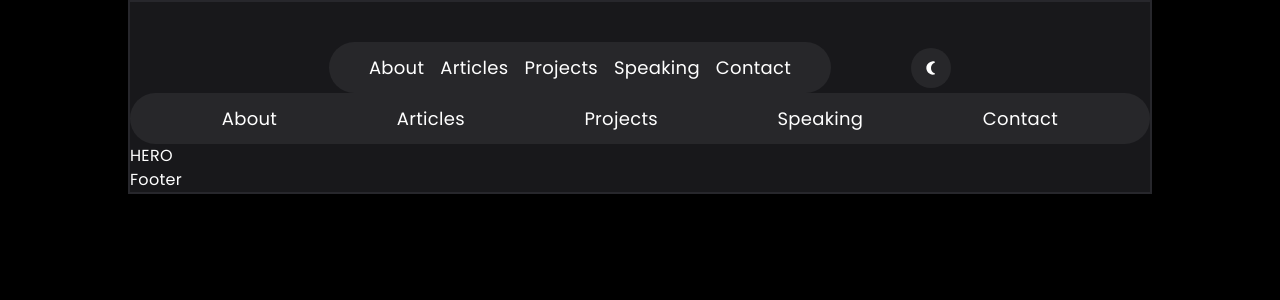
Repository: Wafaabahgat/Portfolio
Page: /
An editor plug-in stored every save of this project. The page is shown before and after a run of saves, followed by the edit.
The browser window is 1280 px wide. The pictures show the whole page.
The project was rebuilt for these pictures with package versions that can differ from the ones it lists, and the page was loaded fresh each time. Also part of the build but not shown: vite.config.ts, src/App.css, src/ErrorPage.tsx.

Above is the page before, as saved 2023-12-08 01:22:34.

### index.html
<!DOCTYPE html>
<html lang="en">
  <head>
    <meta charset="UTF-8" />
    <link rel="icon" type="image/svg+xml" href="/vite.svg" />
    <meta name="viewport" content="width=device-width, initial-scale=1.0" />
    <link rel="preconnect" href="https://fonts.googleapis.com" />
    <link rel="preconnect" href="https://fonts.gstatic.com" crossorigin />
    <link
      href="https://fonts.googleapis.com/css2?family=Poppins:wght@200;300;400;500;600;700;800&display=swap"
      rel="stylesheet"
    />
    <title>My Portfilio</title>
  </head>
  <body>
    <div id="root"></div>
    <script type="module" src="/src/main.tsx"></script>
  </body>
</html>

### src/main.tsx
import { RouterProvider } from "react-router-dom";
import ReactDOM from "react-dom/client";
import "./index.css";
import router from "./App";

ReactDOM.createRoot(document.getElementById("root")!).render(
  <RouterProvider router={router} />
);

### src/index.css
@tailwind base;
@tailwind components;
@tailwind utilities;

* {
  font-family: "Poppins", sans-serif;
  letter-spacing: 0.3px;
}

:root {
  --primary: #000;
  --secondary: rgb(24 24 27);
  --border: rgb(63, 63, 70, 0.4);
}
.light {
  --primary: #fff;
}

body {
  background-color: var(--primary);
  color: #fff;
}

html {
  /* max-width: 2000px; */
  margin: 0;
  padding: 0;
}

.container {
  width: 80%;
  margin-left: auto;
  margin-right: auto;
  background-color: var(--secondary);
  border: 2px solid var(--border);
}
.line {
  border: 1px solid var(--border);
  margin: 1rem 0;
}

li {
  list-style: none;
}
a {
  text-decoration: none;
  transition: 0.3;
}

### src/App.tsx
import "./App.css";
import { createBrowserRouter } from "react-router-dom";
// import Root from "@pages/root";
import Root from "./pages/root";

import { Home } from "./pages/index";
import ErrorPage from "./ErrorPage";

const router = createBrowserRouter([
  {
    path: "/",
    element: <Root />,
    errorElement: <ErrorPage />,
    children: [
      {
        index: true,
        path: "/",
        element: <Home />,
      },
    ],
  },
]);

export default router;

### src/pages/root.tsx
import { Outlet } from "react-router-dom";
import Header from "../components/layouts/Header";
import Footer from "../components/layouts/Footer";

const Root = () => {
  return (
    <div className="container">
      <Header />
      <Outlet />
      <Footer />
    </div>
  );
};

export default Root;

### src/components/layouts/Header.tsx
import { FC, useState } from "react";
import { MdNightlightRound } from "react-icons/md";
import { SlMenu } from "react-icons/sl";

interface HeaderProps {}

const links = [
  {
    href: "/about",
    name: "about",
  },
  {
    href: "/articles",
    name: "articles",
  },
  {
    href: "/projects",
    name: "projects",
  },
  {
    href: "/speaking",
    name: "speaking",
  },
  {
    href: "/contact",
    name: "contact",
  },
];

const Header: FC<HeaderProps> = () => {
  const [showMenu, setShowMenu] = useState(false);

  return (
    <>
      <div className="mt-10 ">
        <div className="flex items-center justify-center gap-20">
          <nav className="">
            <ul className="md:flex hidden py-3 gap-4 px-10 bg-bg-header rounded-full ">
              {links?.map((e, i) => (
                <li
                  key={i}
                  className="capitalize md:text-[18px] text-[14px] mx-auto hover:text-main-light hover:text-[20px]"
                >
                  <a href={e?.href}>{e?.name}</a>
                </li>
              ))}
            </ul>
          </nav>
          <button
            onClick={() => {
              setShowMenu(true);
            }}
            className="flex md:hidden justify-center items-center bg-bg-header rounded-full w-[40px] h-[40px]"
          >
            <SlMenu className="" />
          </button>
          <div className="bg-bg-header rounded-full w-[40px] h-[40px] flex items-center justify-center">
            <MdNightlightRound />
          </div>
        </div>
        {showMenu}
        <div>
          <nav className="">
            <ul className="md:flex hidden py-3 gap-4 px-10 bg-bg-header rounded-full ">
              {links?.map((e, i) => (
                <li
                  key={i}
                  className="capitalize md:text-[18px] text-[14px] mx-auto hover:text-main-light hover:text-[20px]"
                >
                  <a href={e?.href}>{e?.name}</a>
                </li>
              ))}
            </ul>
          </nav>
        </div>
      </div>
    </>
  );
};

export default Header;

### src/components/layouts/Footer.tsx
import { FC } from "react";

interface FooterProps {}

const Footer: FC<FooterProps> = () => {
  return (
    <>
      <div>Footer</div>
    </>
  );
};

export default Footer;

### src/pages/Home.tsx
import { FC } from "react";
import Hero from "../components/home/Hero";

interface HomeProps {}

const Home: FC<HomeProps> = () => {
  return (
    <>
      <div className="">
        <Hero />
      </div>
    </>
  );
};

export default Home;

### src/components/home/Hero.tsx
import { FC } from "react";

interface HeroProps {}

const Hero: FC<HeroProps> = () => {
  return (
    <>
      <div>HERO</div>
    </>
  );
};

export default Hero;

### tailwind.config.js
/** @type {import('tailwindcss').Config} */
export default {
  content: ["./index.html", "./src/**/*.{js,ts,jsx,tsx}"],
  darkMode: "class",
  theme: {
    extend: {
      colors: {
        main: "#252466",
        "main-light": "#3873FF",
        "text-primary": "#000",
        "bg-header": "rgb(39, 39, 42)",

        // "sub-dark": "#252466",
        // "main-dark": "#41427D",
        // "text-color": "#FCFCFC",
        // "text-gray": "#667085",
        // "text-primary": "#9795B5",
      },
      // gridTemplateColumns: {
      //   prod: "repeat(auto-fit, minmax(130px, 1fr))",
      //   plog: "repeat(auto-fit, minmax(300px, 1fr))",
      // },
    },
  },
  plugins: [],
};

Loaded but not shown: src/pages/index.ts (common file)

After the next 4 saves:
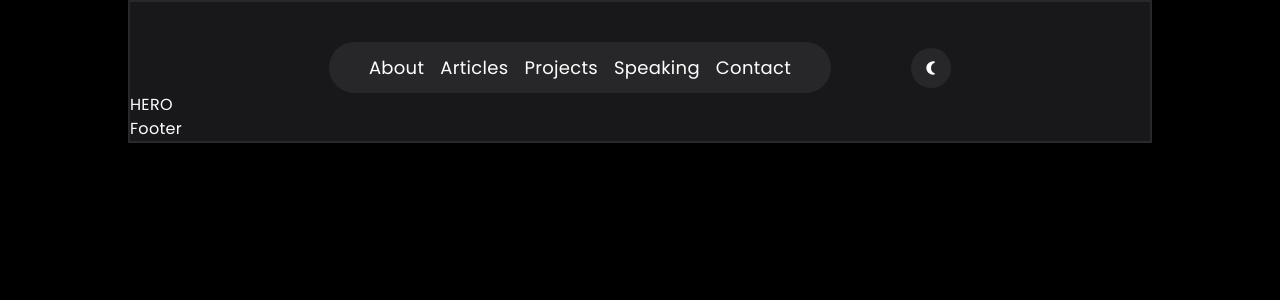
The 4 saves are shown as one change because they came seconds apart.
The last was saved 11 s later.
--- a/src/components/layouts/Header.tsx
+++ b/src/components/layouts/Header.tsx
@@ -58,21 +58,22 @@ const Header: FC<HeaderProps> = () => {
             <MdNightlightRound />
           </div>
         </div>
-        {showMenu}
-        <div>
-          <nav className="">
-            <ul className="md:flex hidden py-3 gap-4 px-10 bg-bg-header rounded-full ">
-              {links?.map((e, i) => (
-                <li
-                  key={i}
-                  className="capitalize md:text-[18px] text-[14px] mx-auto hover:text-main-light hover:text-[20px]"
-                >
-                  <a href={e?.href}>{e?.name}</a>
-                </li>
-              ))}
-            </ul>
-          </nav>
-        </div>
+        {showMenu && (
+          <div>
+            <nav className="">
+              <ul className="md:flex hidden py-3 gap-4 px-10 bg-bg-header rounded-full ">
+                {links?.map((e, i) => (
+                  <li
+                    key={i}
+                    className="capitalize md:text-[18px] text-[14px] mx-auto hover:text-main-light hover:text-[20px]"
+                  >
+                    <a href={e?.href}>{e?.name}</a>
+                  </li>
+                ))}
+              </ul>
+            </nav>
+          </div>
+        )}
       </div>
     </>
   );
